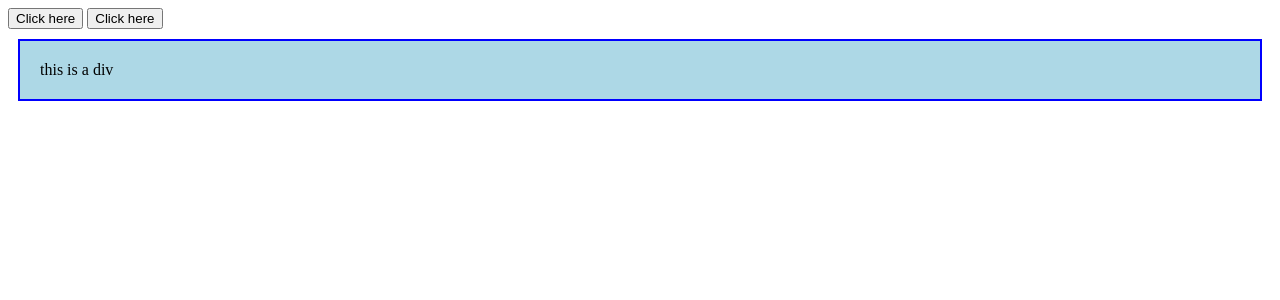
Repository: phulkeshwarmahto/CompleteJS
Page: indi.html
These files come from the project's save history. The page is drawn as it stood at one moment and after a run of saves; the edit follows.
The browser window is 1280 px wide. The pictures show the whole page.

Above is the page before, as saved 2025-07-02 11:33:34.

After the next 2 saves:
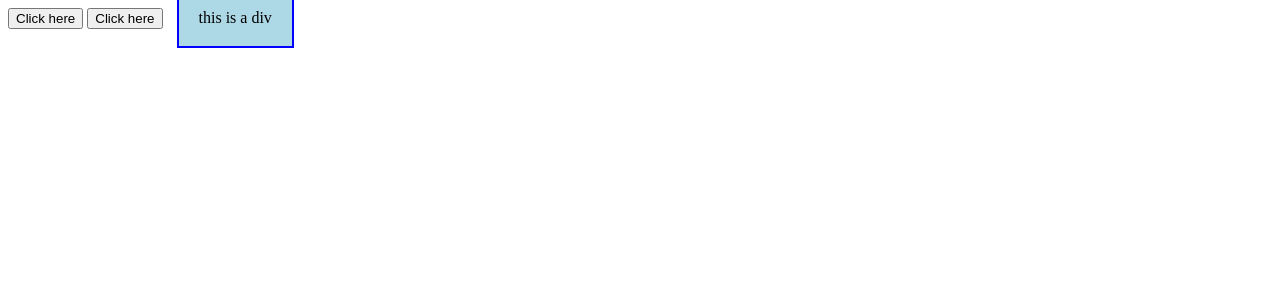
The 2 saves are shown as one change because they came seconds apart.
The last was saved 7 s later.
--- a/events.css
+++ b/events.css
@@ -4,5 +4,5 @@
     padding: 20px;
     border: 2px solid blue;
     margin: 10px;
-    block
+    display: inline;
 }
